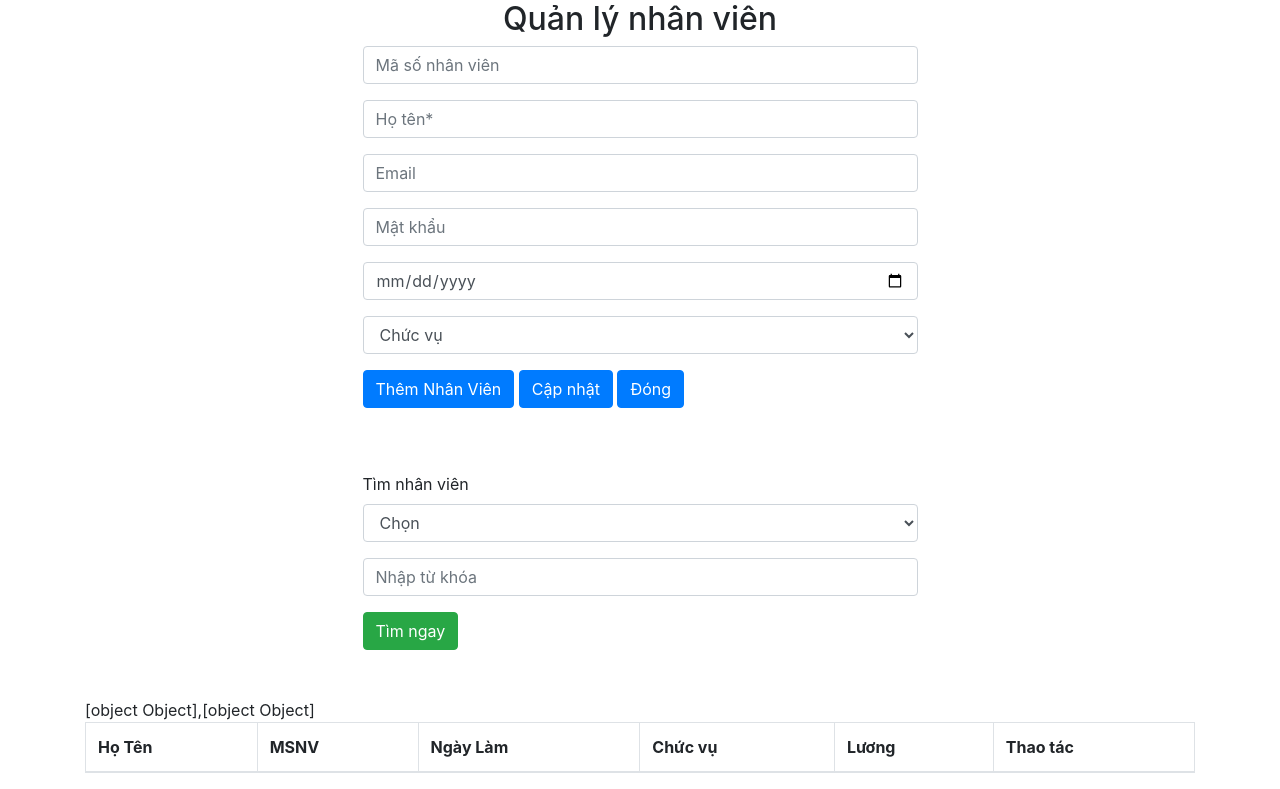
Repository: dovanthao2404/quanlynhanvien
Page: index.html
An editor plug-in stored every save of this project. The page is shown before and after the next save, followed by the edit.
The browser window is 1280 px wide. The pictures show the whole page.

Above is the page before, as saved 2021-06-29 22:09:01.

### index.html
<!DOCTYPE html>
<html lang="en">

<head>
  <meta charset="UTF-8">
  <meta http-equiv="X-UA-Compatible" content="IE=edge">
  <meta name="viewport" content="width=device-width, initial-scale=1.0">
  <title>Quan Ly Nhan Vien</title>
  <!-- BOOTSTRAP  -->
  <link rel="stylesheet" href="https://cdn.jsdelivr.net/npm/bootstrap@4.6.0/dist/css/bootstrap.min.css"
    integrity="sha384-B0vP5xmATw1+K9KRQjQERJvTumQW0nPEzvF6L/Z6nronJ3oUOFUFpCjEUQouq2+l" crossorigin="anonymous">
  <!-- MAIN CSS -->
  <link rel="stylesheet" href="./css/style.css">
</head>

<body>
  <div class="main">
    <div class="add-staff">
      <div class="container">
        <form>
          <div class="row">
            <div class="col">
              <div class="add-staff__content w-50 mx-auto">
                <div class="add-staff-title">
                  <h2 id="header-title" class="text-center">Quản lý nhân viên</h2>
                </div>
                <div class="form-group">
                  <input type="text" class="form-control" id="msnv" placeholder="Mã số nhân viên">
                  <span id="thongBaoMNV" class="sp-thongbao text-danger"></span>
                </div>
                <div class="form-group">
                  <input type="text" class="form-control" id="hoTen" placeholder="Họ tên*">
                  <span id="thongBaoHo" class="sp-thongbao text-danger"></span>
                </div>
                <div class="form-group">
                  <input type="text" class="form-control" id="email" placeholder="Email">
                  <span id="thongBaoMNV" class="sp-thongbao text-danger"></span>
                </div>
                <div class="form-group">
                  <input type="password" class="form-control" id="matKhau" placeholder="Mật khẩu">
                  <span id="thongBaoMNV" class="sp-thongbao text-danger"></span>

                </div>
                <div class="form-group">
                  <input type="date" class="form-control" id="ngayLam">
                  <span id="thongBaoNgayLam" class="sp-thongbao text-danger"></span>

                </div>
                <div class="form-group">
                  <select id="chucVu" class="form-control">
                    <option selected>Chức vụ</option>
                    <option>Sếp</option>
                    <option>Trưởng Phòng</option>
                    <option>Nhân Viên</option>
                  </select>
                  <span id="thongBaoChucVu" class="sp-thongbao text-danger"></span>

                </div>
                <div class="form-group">

                  <button class="btn btn-primary" type="button" id="btnThemNhanVien">Thêm Nhân Viên</button>
                  <button class="btn btn-primary" type="button" id="btnCapNhat">Cập nhật</button>
                  <button class="btn btn-primary" type="button" id="btnDong">Đóng</button>
                </div>
              </div>
            </div>
          </div>

        </form>
      </div>
    </div>
    <div class="search-staff my-5">
      <div class="container">
        <div class="add-staff__content w-50 mx-auto">
          <div class="form-group">
            <label for="">Tìm nhân viên</label>
            <select id="" class="form-control">
              <option selected>Chọn</option>
              <option>Theo Tên</option>
              <option>Theo mã</option>
            </select>
            <span class="sp-thongbao text-danger"></span>
          </div>
          <div class="form-group">
            <input class="form-control" type="text" placeholder="Nhập từ khóa">
          </div>
          <div class="form-group">
            <input class="btn btn-success" type="button" value="Tìm ngay">
          </div>
        </div>
      </div>
    </div>
  </div>

  <div class="list-staff">
    <div class="container">
      <div id="list-staff__content">
        <table class="table table-bordered">
          <thead>
            <tr>
              <th scope="col">Họ Tên</th>
              <th scope="col">MSNV</th>
              <th scope="col">Ngày Làm</th>
              <th scope="col">Chức vụ</th>
              <th scope="col">Lương</th>
              <th scope="col">Thao tác</th>
            </tr>
          </thead>
          <tboby id="tableDanhSach">
          </tboby>
        </table>
      </div>
    </div>
  </div>
  <!-- BOOSTRAP -->
  <script src="https://code.jquery.com/jquery-3.5.1.slim.min.js"
    integrity="sha384-DfXdz2htPH0lsSSs5nCTpuj/zy4C+OGpamoFVy38MVBnE+IbbVYUew+OrCXaRkfj"
    crossorigin="anonymous"></script>
  <script src="https://cdn.jsdelivr.net/npm/bootstrap@4.6.0/dist/js/bootstrap.bundle.min.js"
    integrity="sha384-Piv4xVNRyMGpqkS2by6br4gNJ7DXjqk09RmUpJ8jgGtD7zP9yug3goQfGII0yAns"
    crossorigin="anonymous"></script>
  <script src="./js/NhanVien.js"></script>
  <script src="js/CongTy.js"></script>
  <script src="js/main.js"></script>
</body>

</html>

### js/NhanVien.js
class NhanVien {

  constructor(maNV, hoTen, email, matKhau, ngayLamViec, chucVu) {
    this.maNV = maNV;
    this.hoTen = hoTen;
    this.email = email;
    this.matKhau = matKhau;
    this.ngayLamViec = ngayLamViec;
    this.chucVu = chucVu;
    this.mangDoiChieu = [this.maNV, this.hoTen, this.email
      , this.matKhau, this.ngayLamViec, this.chucVu];
  }
}

### js/CongTy.js
class CongTy {
  constructor() {
    this.DanhSachNhanVien = [];
  }
  // Phương thức thêm nhân viên mới vào mảng (thuộc tính) DanhSachNhanVien
  ThemNhanVien(nhanVienMoi) {
    this.DanhSachNhanVien = [...this.DanhSachNhanVien, nhanVienMoi];
  }

  // Phước thức tìm nhân viên theo mã nhân viên, trả về vị trí nhân viên trong mảng DanhSachNhanVien
  TimViTriNhanVien(maNV) {
    // return this.DanhSachNhanVien.find(nhanVien => nhanVien.maNV === maNV)
    for (let viTri in this.DanhSachNhanVien) {
      if (this.DanhSachNhanVien[viTri].maNV === maNV) {
        return viTri;
      }
    }
    return -1;
  }

  // Tìm nhân viên theo mã trả về nhân viên
  TimNhanVienTheoMa(maNV) {
    let viTri = this.TimViTriNhanVien(maNV);
    if (viTri != -1) {
      return this.DanhSachNhanVien[viTri];
    } else {
    }
  }

  // Xóa nhân viên theo mã
  XoaNhanVien(maNV) {
    let viTri = this.TimViTriNhanVien(maNV);
    if (viTri != -1) {
      this.DanhSachNhanVien.splice(viTri, 1);
    } else {
    }
  }

  // Sửa nhân viên
  SuaNhanVien(nhanVien) {
    let viTri = this.TimViTriNhanVien(nhanVien.maNV);
    this.DanhSachNhanVien[viTri] = nhanVien;
  }

  // Tìm nhân viên theo tên --> trả về danh sách nhân viên
  TimNhanVienTheoTen(hoTen) {
    let dskq = new CongTy();
    hoTen = hoTen.trim().toUpperCase();
    for (let nhanVien of this.DanhSachNhanVien) {
      let hoTenNV = nhanVien.hoTen.trim().toUpperCase();
      if (hoTenNV.search(hoTen) !== -1) {
        dskq.ThemNhanVien(nhanVien);
      }
    }
    return dskq;
  }
}

### js/main.js
function getEle(ele) {
  return document.getElementById(ele);
}

var congTy = new CongTy();
var nhanVienMoi = new NhanVien('1', "Do Van Thao", 'abc@gmail.com', 'truongthikhanhngan', 'ngayLamViec', 'chucVu');
congTy.ThemNhanVien(nhanVienMoi);
nhanVienMoi = new NhanVien('2', "Truong Thi Khanh Ngan", 'abc@gmail.com', 'truongthikhanhngan', 'ngayLamViec', 'chucVu');
congTy.ThemNhanVien(nhanVienMoi);

// Ham goi modal popup: Them Nhan Vien or Sua thong tin nhan vien
GoiModal = (modal_title, readonly = false, type = 1) => {
  // type = 1: them nhan vien, type = 2: sua thong tin
  getEle('header-title').innerHTML = modal_title;
  getEle('msnv').readonly = readonly;

  switch (type) {
    case 1: //Them nhanVien
      getEle("btnThemNhanVien").style.display = "inline-block";
      getEle("btnCapNhat").style.display = "none";
      getEle("btnDong").style.display = "inline-block";
      break;

    case 2:
      getEle("btnCapNhat").style.display = "inline-block";
      getEle("btnThemNhanVien").style.display = "none";
      getEle("btnDong").style.display = "inline-block";
      break;
  }
}

// Reset form
XoaForm = () => {
  let elements = document.getElementsByTagName('input');
  for (let element of elements) {
    element.value = '';
  }
  document.getElementById('chucVu').selectedIndex = 0;
}

let trangHienThi = 1;
HienThiDanhSach = (dsnv) => {
  let tbody = getEle("tableDanhSach");
  // tbody.innerHTML = '';
  let htmls = '';
  let soNV = dsnv.length;
  var result = dsnv.filter(function (nv) {
    return htmls += `<tr>
    <th scope="row">${nv.maNV}</th>
    <td>Jacob</td>
    <td>Thornton</td>
    <td>@fat</td>
    <td>Jacob</td>
    <td>Thornton</td>
    <td>
      <button class="btn btn-warning" id="sua">Sửa</button>
      <button class="btn btn-danger" id="xoa">Xóa</button>
    </td>
  </tr>
  `
  })
  tbody.innerHTML = result;
}
HienThiDanhSach(congTy.DanhSachNhanVien);

Loaded but not shown: css/style.css (common file)

After the next save:
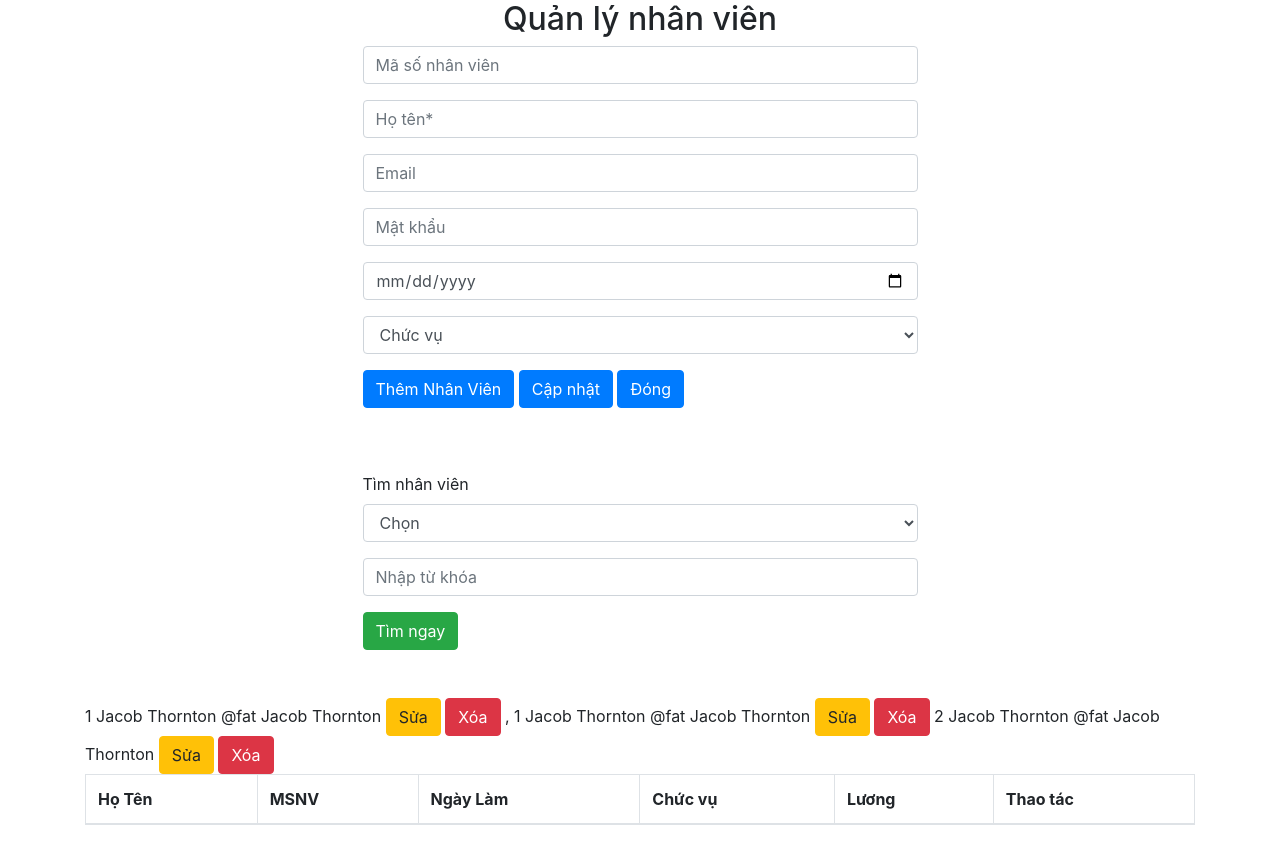
Saved 56 s later.
--- a/js/main.js
+++ b/js/main.js
@@ -44,7 +44,7 @@ HienThiDanhSach = (dsnv) => {
   // tbody.innerHTML = '';
   let htmls = '';
   let soNV = dsnv.length;
-  var result = dsnv.filter(function (nv) {
+  var result = dsnv.map(function (nv) {
     return htmls += `<tr>
     <th scope="row">${nv.maNV}</th>
     <td>Jacob</td>
